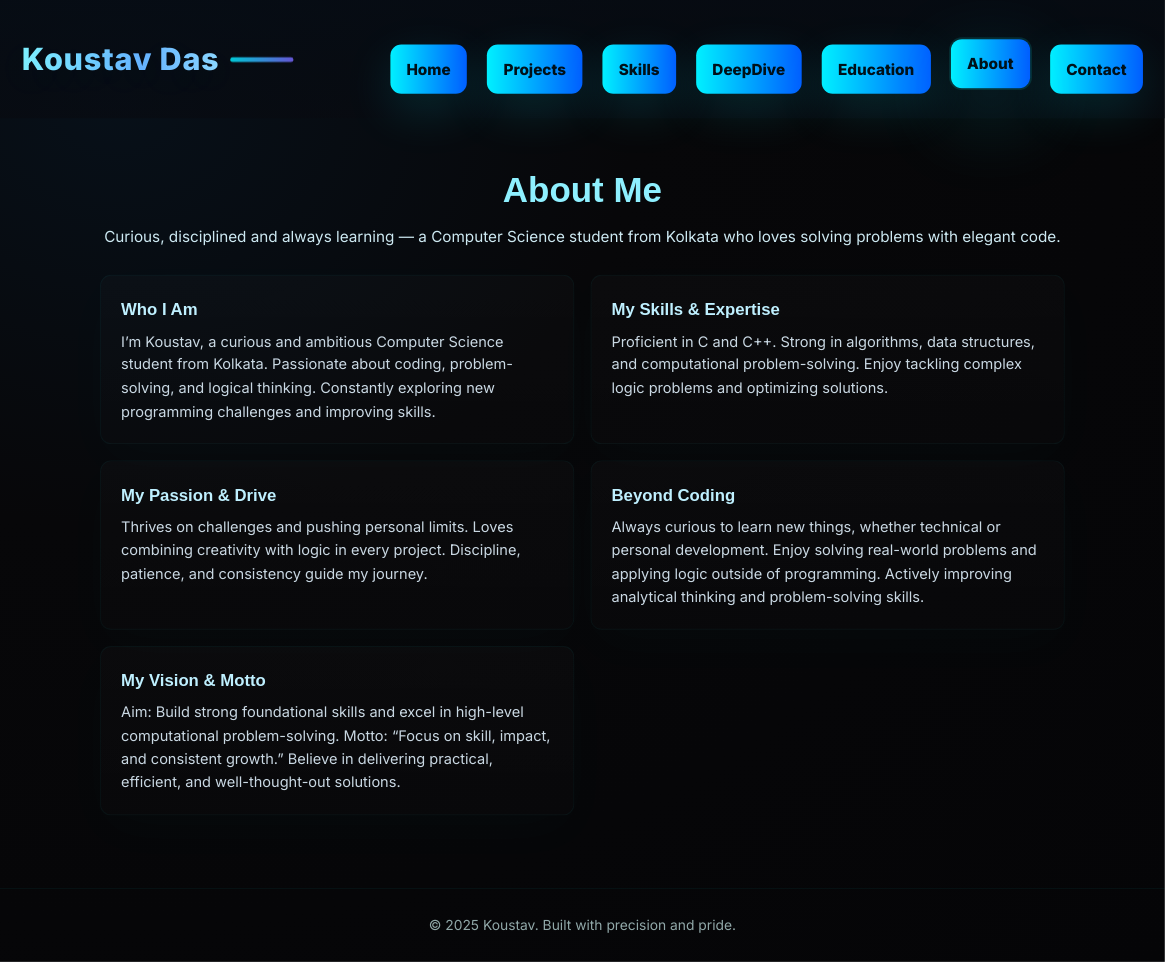
Repository: Koustav669/PORTFOLIO
Page: about.html
The author's editor kept a copy of each file at every save. The page is drawn from the files as they stood at one save, then again after the next save.
The browser window is 1280 px wide. The pictures show the whole page, at 91% of full size.
Some web fonts or font styles are not loaded; a fallback is used.

Above is the page before, as saved 2025-10-15 00:06:21.

### about.html
<!doctype html>
<html lang="en">
<head>
  <meta charset="utf-8">
  <meta name="viewport" content="width=device-width,initial-scale=1">
  <title>About — Dev (Kolkata)</title>
  <link href="https://fonts.googleapis.com/css2?family=Inter:wght@300;400;600;800&family=Orbitron:wght@400;700&family=Poppins:wght@400;600;700&family=Rajdhani:wght@400;600;700&display=swap" rel="stylesheet">
  <link rel="stylesheet" href="style.css">
</head>
<body>
    <header class="site-header">
    <div class="header-inner header-brand">
      <div class="brand-left">
        <span class="brand-name">Koustav Das</span>
        <span class="brand-accent" aria-hidden="true"></span>
      </div>
    </div>
    <!-- site menu (reused from portfolio) -->
    <nav class="hero-nav" aria-label="Main navigation">
      <ul>
        <li><a href="portfolio.html">Home</a></li>
        <li><a href="PROJECTS.html">Projects</a></li>
        <li><a href="SKILLS.html">Skills</a></li>
        <li><a href="DEEPDIVES.html">DeepDive</a></li>
        <li><a href="EDUCATION.html">Education</a></li>
        <li><a href="ABOUT.html">About</a></li>
        <li><a href="CONTACT.html">Contact</a></li>
      </ul>
    </nav>
  </header>

  <main class="about-page">
    <section class="about-hero">
      <h1 class="about-title">About Me</h1>
      <p class="about-lead">Curious, disciplined and always learning — a Computer Science student from Kolkata who loves solving problems with elegant code.</p>
    </section>

    <section class="about-grid">
      <article class="about-card" data-index="1">
        <h2>Who I Am</h2>
        <p>I’m Koustav, a curious and ambitious Computer Science student from Kolkata. Passionate about coding, problem-solving, and logical thinking. Constantly exploring new programming challenges and improving skills.</p>
      </article>

      <article class="about-card" data-index="2">
        <h2>My Skills &amp; Expertise</h2>
        <p>Proficient in C and C++. Strong in algorithms, data structures, and computational problem-solving. Enjoy tackling complex logic problems and optimizing solutions.</p>
      </article>

      <article class="about-card" data-index="3">
        <h2>My Passion &amp; Drive</h2>
        <p>Thrives on challenges and pushing personal limits. Loves combining creativity with logic in every project. Discipline, patience, and consistency guide my journey.</p>
      </article>

      <article class="about-card" data-index="4">
        <h2>Beyond Coding</h2>
        <p>Always curious to learn new things, whether technical or personal development. Enjoy solving real-world problems and applying logic outside of programming. Actively improving analytical thinking and problem-solving skills.</p>
      </article>

      <article class="about-card" data-index="5">
        <h2>My Vision &amp; Motto</h2>
        <p>Aim: Build strong foundational skills and excel in high-level computational problem-solving. Motto: “Focus on skill, impact, and consistent growth.” Believe in delivering practical, efficient, and well-thought-out solutions.</p>
      </article>
    </section>

  </main>

  <footer>
    <p>© 2025 Koustav. Built with precision and pride.</p>
  </footer>

  <script>
  // small reveal animation for cards when visible
  (function(){
    const cards = document.querySelectorAll('.about-card');
    const io = new IntersectionObserver((entries)=>{
      entries.forEach(e=>{
        if (e.isIntersecting) { e.target.classList.add('in'); }
      });
    }, { threshold: 0.18 });
    cards.forEach(c=>io.observe(c));
  })();
  </script>
  <script src="nav-active.js"></script>
</body>
</html>

### style.css
/* Reset and base styles */
* { margin: 0; padding: 0; box-sizing: border-box; }

body {
  font-family: 'Inter', 'Segoe UI', system-ui, Arial, sans-serif;
  background: radial-gradient(ellipse at 10% 10%, #071019 0%, #070709 35%, #050507 100%);
  color: #dfeffb;
  line-height: 1.6;
  -webkit-font-smoothing: antialiased;
}

/* Header */
.site-header {
  background: linear-gradient(180deg, rgba(6,12,20,0.8), rgba(8,10,16,0.65));
  min-height: 130px;
  display: flex;
  align-items: center;
  padding: 22px 24px;
  /* removed bottom border to blend with manifesto */
}
.header-inner { width: 100%; max-width: 1100px; margin: 0 auto; display: flex; align-items: center; justify-content: space-between; }
.brand-logo { height: 64px; width: auto; filter: drop-shadow(0 6px 14px rgba(0,255,255,0.08)); }

/* Header brand text */
.header-brand { display: flex; align-items: center; justify-content: space-between; width: 100%; }
.brand-left, .brand-right { display: flex; align-items: center; gap: 12px; }
.brand-name {
  font-family: 'Orbitron', 'Inter', sans-serif;
  font-weight: 900;
  font-size: 2.1rem; /* increased size */
  color: #dffcff;
  background: linear-gradient(90deg, #7ef0ff, #66b3ff 60%, #8bd6ff);
  -webkit-background-clip: text;
  background-clip: text;
  color: transparent;
  text-shadow: 0 10px 40px rgba(30,200,255,0.08);
  letter-spacing: 0.8px;
}
.brand-accent { width: 64px; height: 5px; background: linear-gradient(90deg,#00f0ff,#7a66ff); border-radius: 6px; box-shadow: 0 14px 40px rgba(0,160,255,0.08); transform-origin: left center; animation: accentPulse 3s infinite; }
.role-viewport { display: none; }

#role-text { display: inline-block; font-family: 'Poppins', sans-serif; font-weight: 800; font-size: 1.6rem; color: #9be7ff; letter-spacing: 0.6px; vertical-align: middle; min-width: 110px; text-align: right; }
#role-cursor { display: inline-block; margin-left: 10px; color: #9be7ff; font-weight: 900; font-size: 1.6rem; opacity: 0.95; text-shadow: 0 8px 28px rgba(0,180,255,0.14); animation: blink 1s steps(2,end) infinite; }

@keyframes accentPulse {
  0%,100% { transform: scaleX(1); opacity: 0.92; }
  50% { transform: scaleX(1.2); opacity: 0.7; }
}

/* Animated role viewport */
.role-viewport { display: inline-block; position: relative; width: 96px; height: 28px; overflow: hidden; vertical-align: middle; }
.role { position: absolute; left: 0; top: 0; width: 100%; text-align: right; font-family: 'Poppins', sans-serif; font-weight: 700; font-size: 1.05rem; }
.role-1 { color: #9be7ff; transform: translateY(0); opacity: 1; animation: roleCycle 4s linear infinite 0s; }
.role-2 { color: #ffd1ff; transform: translateY(100%); opacity: 0; animation: roleCycle 4s linear infinite 0s; }
.role-cursor { display: inline-block; margin-left: 8px; color: #9be7ff; font-weight: 900; opacity: 0.95; animation: blink 1s steps(2,end) infinite; }

@keyframes roleFade {
  0% { opacity: 0; transform: translateY(6px); }
  10% { opacity: 1; transform: translateY(0); }
  45% { opacity: 1; transform: translateY(0); }
  55% { opacity: 0; transform: translateY(-6px); }
  100% { opacity: 0; transform: translateY(-6px); }
}

@keyframes blink {
  0% { opacity: 1; }
  50% { opacity: 0; }
  100% { opacity: 1; }
}

@keyframes cursorPulse {
  0% { transform: scaleY(1); opacity: 1; }
  50% { transform: scaleY(1.2); opacity: 0.8; }
  100% { transform: scaleY(1); opacity: 1; }
}

/* Visible static role (non-animated) */
.static-role {
  font-family: 'Rajdhani', 'Poppins', sans-serif;
  font-weight: 700;
  font-size: 1.45rem; /* increased size */
  color: rgba(190,233,255,0.95);
  -webkit-background-clip: text;
  background-clip: text;
  text-shadow: 0 6px 18px rgba(30,200,255,0.06);
  margin-right: 8px;
}

/* screen-reader only fallback */
.sr-only { position: absolute !important; height: 1px; width: 1px; overflow: hidden; clip: rect(1px, 1px, 1px, 1px); white-space: nowrap; }

/* Hide previous top nav */
.main-nav { display: none; }

/* Hero */
.hero { padding: 60px 0 44px 0; position: relative; }
.hero-inner { max-width: 900px; margin: 0 auto; text-align: center; position: relative; z-index: 2; }
.hero-title { font-family: 'Orbitron', sans-serif; color: #8ef0ff; font-size: 2.6rem; text-shadow: 0 6px 28px rgba(14,255,255,0.06); margin-bottom: 12px; }
.hero-sub { font-family: 'Poppins', 'Inter', sans-serif; color: #d9f6ff; opacity: 0.9; font-size: 1.05rem; margin-bottom: 20px; font-weight: 600; }
.hero-cta { display: flex; gap: 14px; justify-content: center; }
.btn { display: inline-block; padding: 12px 18px; border-radius: 12px; text-decoration: none; font-weight: 700; }
.btn.primary { background: linear-gradient(90deg,#00f0ff,#005eff); color: #001018; box-shadow: 0 12px 40px rgba(0,240,255,0.12); }
.btn.ghost { border: 1px solid rgba(255,255,255,0.06); color: #dffcff; background: transparent; }
.btn:hover { transform: translateY(-3px); }

/* Make GitHub + Resume outlined cyan style */
.btn.resume { background: transparent; color: #00f0ff; border: 1px solid rgba(0,240,255,0.45); box-shadow: 0 8px 28px rgba(0,240,255,0.06); transition: box-shadow 220ms ease, transform 160ms ease; }
.btn.resume:hover { transform: translateY(-3px); box-shadow: 0 18px 56px rgba(0,240,255,0.14); }

/* Hero-nav */
.hero-nav { margin-top: 22px; }
.hero-nav ul { display: flex; gap: 22px; list-style: none; padding: 0; justify-content: space-between; width: 100%; max-width: 980px; margin: 0 auto; }
.hero-nav ul li { flex: 1 1 auto; }
.hero-nav ul li a { font-family: 'Orbitron', 'Inter', sans-serif; font-weight: 800; color: #001018; background: linear-gradient(90deg,#00f0ff,#005eff); padding: 14px 18px; border-radius: 12px; box-shadow: 0 18px 54px rgba(0,240,255,0.14); display: inline-flex; justify-content: center; align-items: center; text-decoration: none; font-size: 1.05rem; }
.hero-nav ul li a:hover { transform: translateY(-3px); box-shadow: 0 26px 80px rgba(0,240,255,0.22); }
.hero-nav ul li a.active { outline: 2px solid rgba(0,255,255,0.12); box-shadow: 0 28px 90px rgba(0,240,255,0.22); transform: translateY(-6px); }

/* Subtle hero lighting */
.hero:before,
.hero:after {
  content: '';
  position: absolute;
  left: 50%;
  top: 18%;
  transform: translateX(-50%);
  width: 86%;
  height: 86%;
  pointer-events: none;
  z-index: -1;
  filter: blur(28px);
}
.hero:before { background: radial-gradient(circle at 28% 26%, rgba(38,174,255,0.22), rgba(22,120,200,0.12) 40%, transparent 56%); }
.hero:after { top: 60%; width: 72%; height: 46%; background: radial-gradient(circle at 72% 22%, rgba(100,180,255,0.16), rgba(20,60,160,0.08) 45%, transparent 70%); }

/* Slider */
.preview { padding: 60px 24px; background: linear-gradient(180deg, rgba(255,255,255,0.02), transparent); }
.slider { position: relative; width: 100%; max-width: 820px; margin: 18px auto; overflow: hidden; border-radius: 18px; box-shadow: 0 18px 60px rgba(3,252,255,0.03); }
.slides { display: flex; transition: transform 0.5s ease-in-out; }
.slides img { width: 100%; flex-shrink: 0; object-fit: contain; height: 420px; background-color: #03060a; }
.prev, .next { position: absolute; top: 50%; transform: translateY(-50%); background: linear-gradient(180deg, rgba(0,0,0,0.45), rgba(0,0,0,0.25)); color: #dffcff; border: none; font-size: 1.6rem; padding: 10px 12px; cursor: pointer; border-radius: 8px; }
.prev { left: 12px; }
.next { right: 12px; }

.preview h3 { font-size: 1.8rem; color: #00ffff; margin-bottom: 20px; }

canvas { display: block; margin: 0 auto 20px; border: 2px solid #00ffff; background-color: #1a1a1a; }

/* Footer */
footer { text-align: center; padding: 28px 20px; color: rgba(220,255,255,0.65); font-size: 0.95rem; border-top: 1px solid rgba(0,255,255,0.06); }

/* Responsive tweaks */
@media (max-width: 820px) {
  .hero-title { font-size: 2rem; }
  .slides img { height: 260px; }
  .brand-logo { height: 48px; }
  .site-header { min-height: 160px; }
}

@media (max-width: 480px) {
  .main-nav ul { gap: 8px; flex-wrap: wrap; }
  .hero-inner { padding: 0 12px; }
}

/* About page styles */
.about-page { padding: 48px 20px 80px; max-width: 1100px; margin: 0 auto; }
.about-hero { text-align: center; margin-bottom: 28px; }
.about-title { font-family: 'Orbitron', sans-serif; font-size: 2.4rem; color: #8ef0ff; margin-bottom: 8px; }
.about-lead { color: #d9f6ff; opacity: 0.95; font-size: 1.05rem; margin-bottom: 20px; }
.about-grid { display: grid; grid-template-columns: repeat(2,1fr); gap: 18px; }
.about-card { background: linear-gradient(180deg, rgba(255,255,255,0.02), rgba(255,255,255,0.01)); padding: 22px; border-radius: 12px; border: 1px solid rgba(0,255,255,0.04); transform: translateY(18px); opacity: 0; transition: all 520ms cubic-bezier(.2,.9,.33,1); }
.about-card.in { transform: translateY(0); opacity: 1; box-shadow: 0 18px 60px rgba(3,252,255,0.02); }
.about-card h2 { font-family: 'Rajdhani', sans-serif; font-size: 1.15rem; color: #bff0ff; margin-bottom: 8px; }
.about-card p { color: #dfeffb; opacity: 0.9; line-height: 1.6; }

@media (max-width: 820px) {
  .about-grid { grid-template-columns: 1fr; }
  .about-title { font-size: 2rem; }
}

### nav-active.js
// nav-active.js - marks the nav item matching current path as active
(function(){
  const links = document.querySelectorAll('.hero-nav a');
  if (!links.length) return;
  const current = window.location.pathname.split('/').pop().toLowerCase() || 'portfolio.html';
  links.forEach(a=>{
    const href = (a.getAttribute('href')||'').toLowerCase();
    if (href.includes(current) || (current === '' && href.includes('portfolio.html'))) {
      a.classList.add('active');
    }
  });
})();

After the next save:
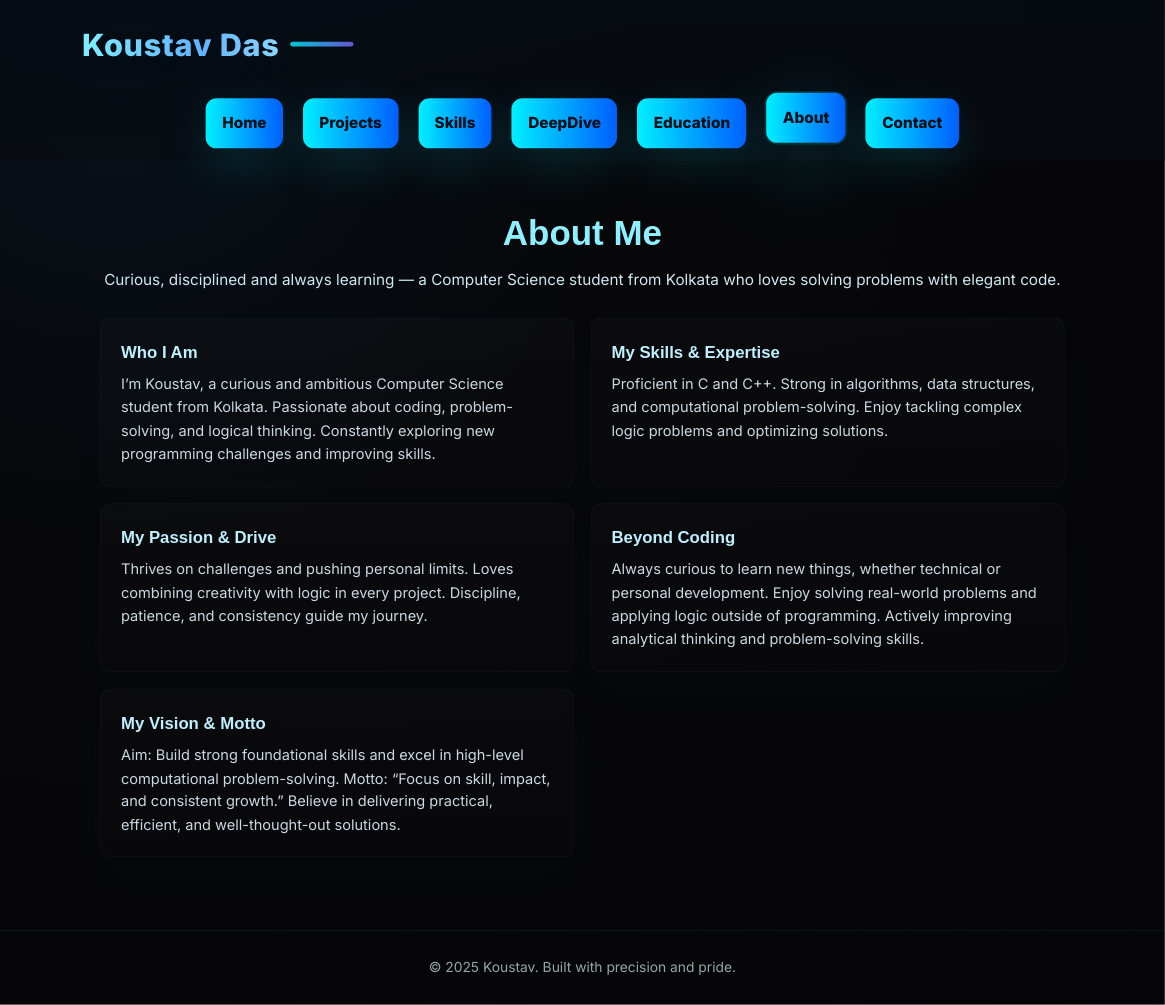
Saved 2 min 32 s later.
--- a/style.css
+++ b/style.css
@@ -14,8 +14,10 @@
   background: linear-gradient(180deg, rgba(6,12,20,0.8), rgba(8,10,16,0.65));
   min-height: 130px;
   display: flex;
+  flex-direction: column; /* stack header content and nav */
   align-items: center;
-  padding: 22px 24px;
+  gap: 10px;
+  padding: 22px 24px 14px 24px; /* extra bottom padding to avoid overlap */
   /* removed bottom border to blend with manifesto */
 }
 .header-inner { width: 100%; max-width: 1100px; margin: 0 auto; display: flex; align-items: center; justify-content: space-between; }
